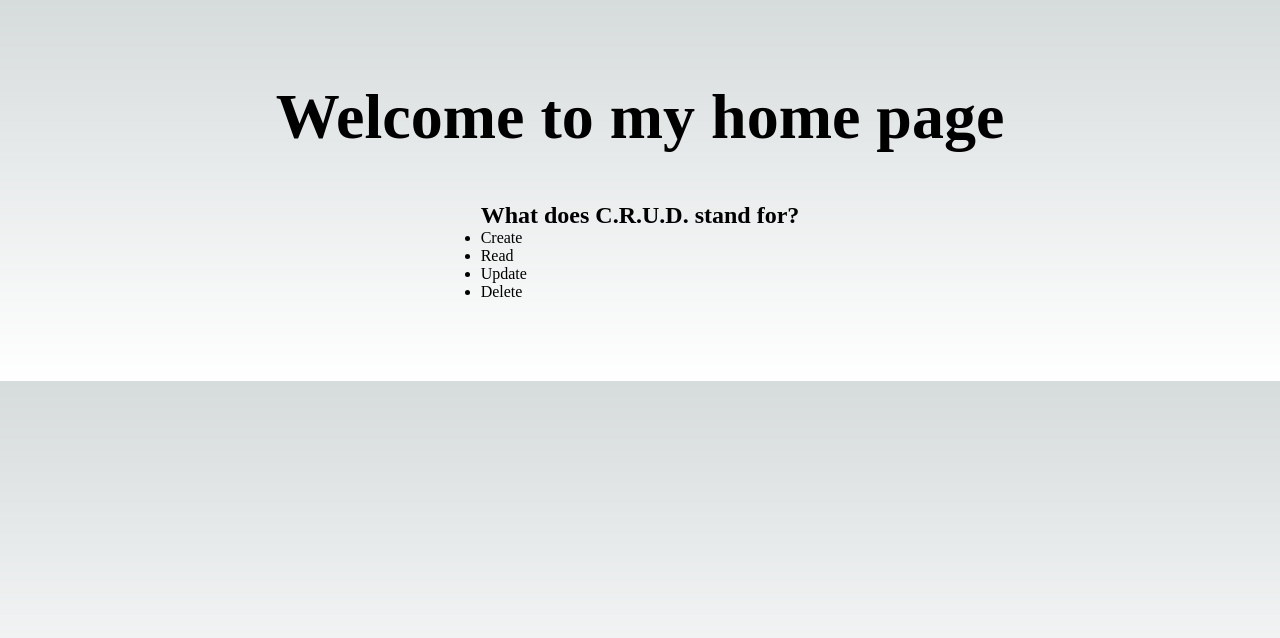
Repository: karthur1/playwright
Page: /
These files come from the project's save history. The page is drawn as it stood at one moment and after the next save; the edit follows.
The browser window is 1280 px wide. The pictures show the whole page.
The project was rebuilt for these pictures with package versions that can differ from the ones it lists, and the page was loaded fresh each time. The framework's server and built-in components were replaced by stand-ins that run in the browser. Also part of the build but not shown: next.config.js.

Above is the page before, as saved 2023-01-23 11:16:04.

After the next save:
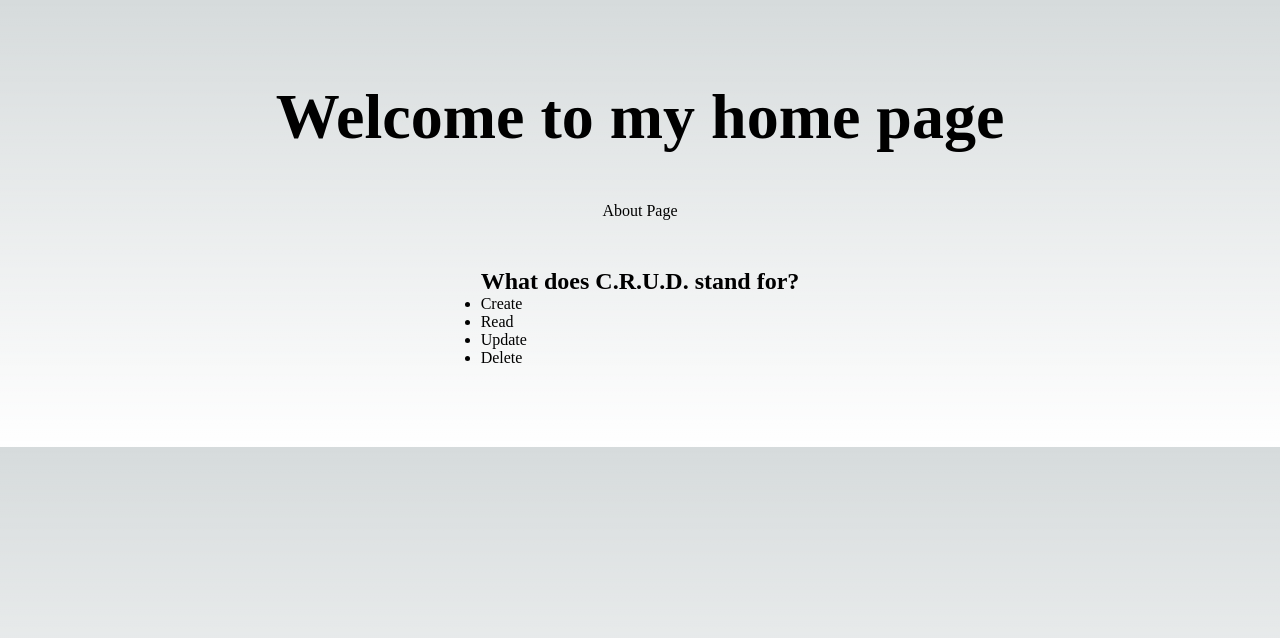
Saved 90 s later.
--- a/pages/index.js
+++ b/pages/index.js
@@ -19,6 +19,11 @@ export default function Home() {
           Welcome to my home page
         </h1>
 
+                    <div className={styles.grid}>About Page</div>
+
+
+
+
         <div className={styles.grid}>
           <div className={styles.gird_container} style={{diplay: "grid"}}>
             <div className={styles.grid_item}>
